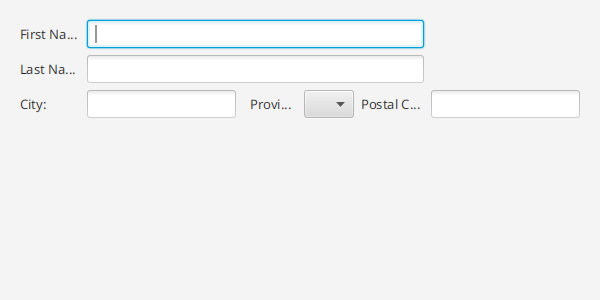
Repository: Mselenko/Java
Program's window: java w_5/JavaFx/src/garbage/CssExample.java
The author's editor kept a copy of each file at every save. The program's window is drawn from the files as they stood at one save, then again after the next save.
It runs on Java 21 on a 1366 x 768 screen with JavaFX 11; the title bar is not drawn.

Above is the program's window before, as saved 2019-06-22 00:12:05.

After the next save:
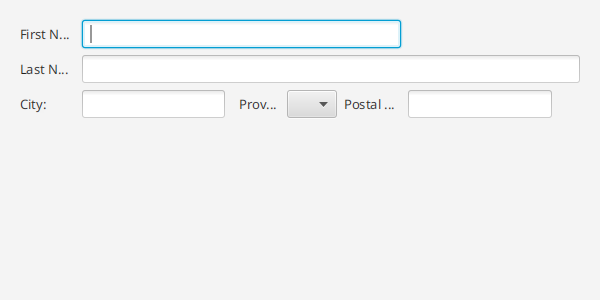
Saved 10 s later.
--- a/w_5/JavaFx/src/garbage/CssExample.java
+++ b/w_5/JavaFx/src/garbage/CssExample.java
@@ -56,7 +56,7 @@
         GridPane.setHalignment(lbLastName, HPos.LEFT);
         TextField tfLastName = new TextField();
        // tfLastName.setPrefColumnCount(40);
-        GridPane.setColumnSpan(tfLastName, 5);
+        GridPane.setColumnSpan(tfLastName, 10);
 
         Label lbCity = new Label("City:");
         //lbCity.setStyle(LABEL_STYLE);
